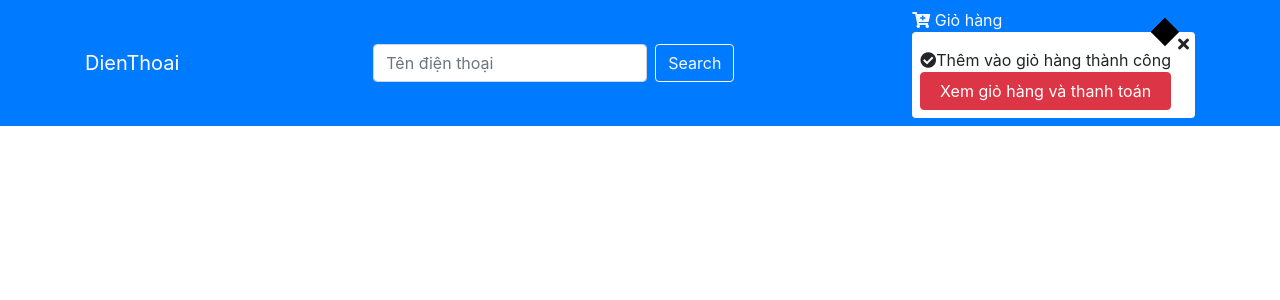
Repository: dovanthao2404/BC14_Bai_Tap_Ban_Dien_Thoai_dovanthao
Page: app/views/index.html
An editor plug-in stored every save of this project. The page is shown before and after a run of saves, followed by the edit.
The browser window is 1280 px wide. The pictures show the whole page.
Some web libraries are served in a nearby version. The style sheet was rebuilt from its Sass, Less or Tailwind sources for each picture, by a compiler version that may differ from the author's.

Above is the page before, as saved 2021-08-14 16:12:13.
Console error (its wording comes from the project's code and is left out).

After the next 2 saves:
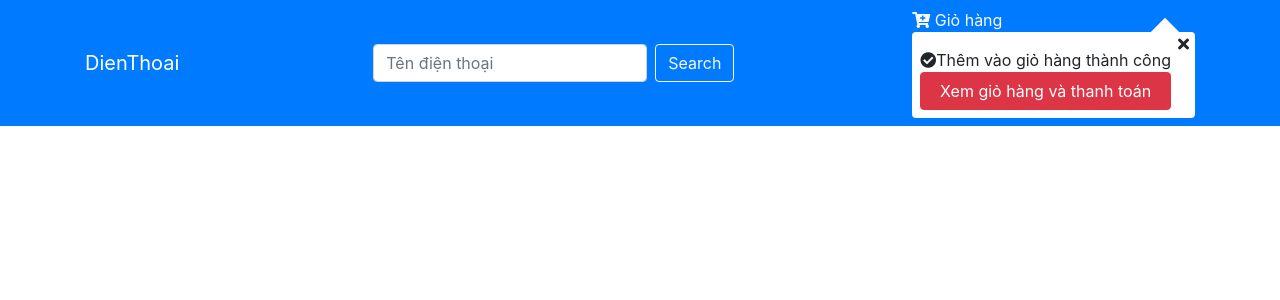
The 2 saves are shown as one change because they came seconds apart.
The last was saved 10 s later.
--- a/assets/scss/main.scss
+++ b/assets/scss/main.scss
@@ -28,11 +28,11 @@
     display: block;
     width: 20px;
     height: 20px;
-    background-color: #000;
+    background-color: #fff;
     transform: rotate(45deg);
     top: -10px;
     right: 20px;
-    border-left: 1px solid #000;
+    border-left: 1px solid #ff;
   }
 
   .icon-close {
